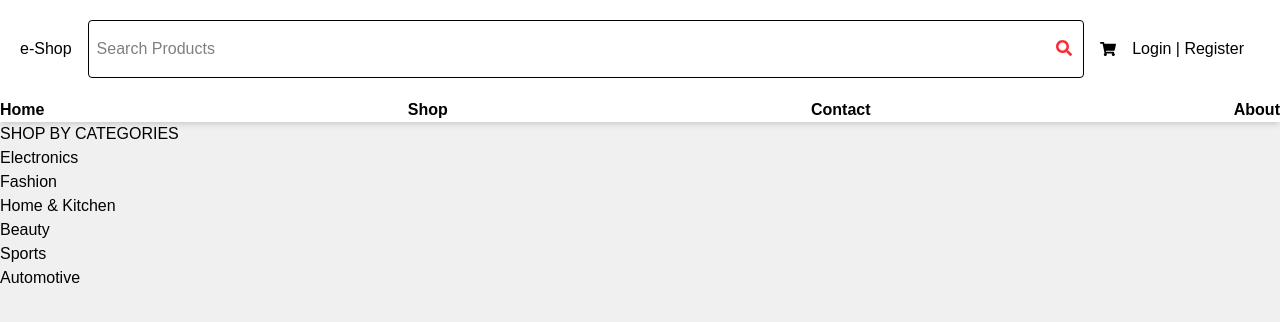
Repository: EmmyDunny1/frontend-ecommerce
Page: /
These files come from the project's save history. The page is drawn as it stood at one moment and after the next save; the edit follows.
The browser window is 1280 px wide. The pictures show the whole page.
The project was rebuilt for these pictures with package versions that can differ from the ones it lists, and the page was loaded fresh each time. Also part of the build but not shown: vite.config.js.

Above is the page before, as saved 2025-05-09 12:49:15.

After the next save:
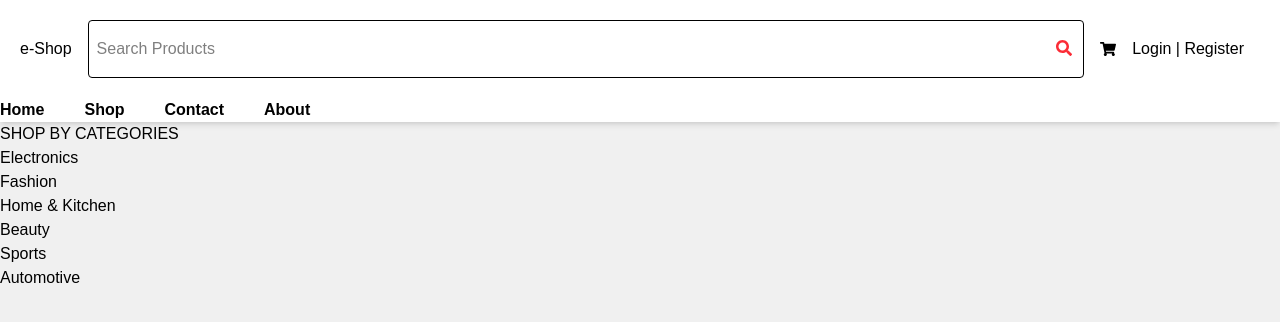
Saved 33 s later.
--- a/src/components/Navbar.jsx
+++ b/src/components/Navbar.jsx
@@ -23,7 +23,7 @@ const Navbar = () => {
       </div>
 
       {/* Navigation header */}
-      <div className='flex items-center justify-between space-x-10 font-bold'>
+      <div className='flex items-center space-x-10 font-bold'>
         <Link to='/' className='hover:underline'>Home </Link>
         <Link to='/' className='hover:underline'>Shop </Link>
         <Link to='/' className='hover:underline'>Contact </Link>
